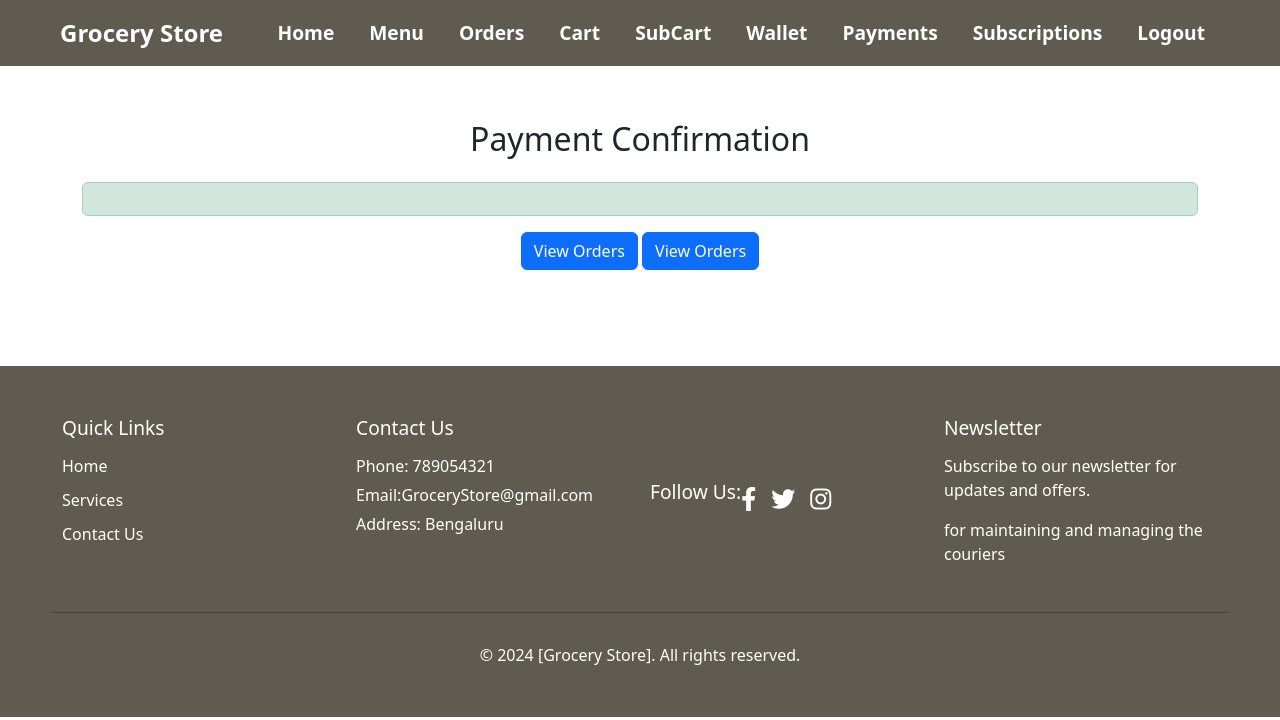
Repository: NagaMounikaY/GroceriesSubscriptionBookingManagement
Page: http://localhost/GroceriesSubBookingSystem/WEB-INF/views/paymentConfirmation.jsp
The author's editor kept a copy of each file at every save. The page is drawn from the files as they stood at one save, then again after the next save.
The browser window is 1280 px wide. The pictures show the whole page.
The page is served by Tomcat 9. Nobody is signed in. Other server files are loaded and not shown. The template is opened directly, without the code that normally fills it, so the values that code supplies are empty.

Above is the page before, as saved 2024-09-15 10:50:04.

### GroceriesSubBookingSystem/src/main/webapp/WEB-INF/views/paymentConfirmation.jsp
<%@ page language="java" contentType="text/html; charset=ISO-8859-1"
    pageEncoding="ISO-8859-1" isELIgnored="false"%>
<!DOCTYPE html>
<html lang="en">
<head>
    <meta charset="UTF-8">
    <meta name="viewport" content="width=device-width, initial-scale=1.0">
    <title>Payment Confirmation</title>
    <link rel="stylesheet" href="https://stackpath.bootstrapcdn.com/bootstrap/4.3.1/css/bootstrap.min.css">
</head>
<body>
  <!-- Header Section -->
    <jsp:include page="/customerHeader.jsp"></jsp:include>
    <br><br><br>
    <div class="container mt-5">
        <h2 class="mb-4 text-center">Payment Confirmation</h2>
        <div class="alert alert-success">
            ${message}
        </div>
        <div class="text-center">
            <a href="${pageContext.request.contextPath}/orders/viewOrders" class="btn btn-primary">View Orders</a>
            <a href="${pageContext.request.contextPath}/subscription/viewsubscriptions" class="btn btn-primary">View Orders</a>
        </div>
    </div>
    <br><br><br><br>
       <!-- Footer Section -->
    <jsp:include page="/footer.jsp"></jsp:include>
</body>
</html>

### GroceriesSubBookingSystem/src/main/webapp/customerHeader.jsp
<%@ page language="java" contentType="text/html; charset=ISO-8859-1"
	pageEncoding="ISO-8859-1" isELIgnored="false"%>
<!DOCTYPE html PUBLIC "-//W3C//DTD HTML 4.01 Transitional//EN" "http://www.w3.org/TR/html4/loose.dtd">
<html>
<head>
<meta http-equiv="Content-Type" content="text/html; charset=ISO-8859-1">
<title>Courier Booking System</title>
<link
	href="https://stackpath.bootstrapcdn.com/bootstrap/5.3.0/css/bootstrap.min.css"
	rel="stylesheet">
<link rel="stylesheet"
	href="https://cdnjs.cloudflare.com/ajax/libs/font-awesome/4.7.0/css/font-awesome.min.css">
<style>
/* Header */
header {
	background: rgba(56, 51, 37, 0.8);
	color: #fff;
	padding: 15px 0;
	position: fixed;
	width: 100%;
	top: 0;
	left: 0;
	z-index: 1000;
}

header .container {
	display: flex;
	justify-content: space-between;
	align-items: center;
	max-width: 1200px;
	margin: 0 auto;
	padding: 0 20px;
}

header .logo {
	font-size: 1.5em; /* Increased size for the logo */
	font-weight: bold;
}

header nav {
	flex-grow: 1;
}

header nav ul {
	list-style: none;
	display: flex;
	justify-content: flex-end;
	margin: 0;
	padding: 0;
}

header nav ul li {
	margin-left: 05px;
}

header nav ul li a {
	color: #fff;
	text-decoration: none;
	padding: 10px 15px; /* Increased padding for better click area */
	font-size: 1.2em; /* Increased font size for navigation links */
	border-radius: 5px;
}

header nav ul li a:hover {
	background: #dd4545;
}
</style>
</head>
<body>
	<!-- Header -->
	<header>
	<div class="container">
		<div class="logo">Grocery Store</div>
		<nav>
		<ul>
			<li><a href="${pageContext.request.contextPath}/home.jsp"><strong>Home</strong></a></li>
			<li><a href="${pageContext.request.contextPath}/groceries/list"><strong>Menu</strong></a></li>
			<li><a
				href="${pageContext.request.contextPath}/orders/viewOrders"><strong>Orders</strong></a></li>
			<li><a href="${pageContext.request.contextPath}/orders/cart"><strong>Cart</strong></a></li>
			<li><a
				href="${pageContext.request.contextPath}/subscription/subcart"><strong>SubCart</strong></a></li>
			<li><a href="${pageContext.request.contextPath}/wallets/wallet"><strong>Wallet</strong></a></li>
			<li><a href="${pageContext.request.contextPath}/payment/history"><strong>Payments</strong></a></li>
			<li><a
				href="${pageContext.request.contextPath}/subscription/subscriptionlist"><strong>Subscriptions</strong></a></li>
			<li><a href="${pageContext.request.contextPath}/home.jsp"><strong>Logout</strong></a></li>
		</ul>
		</nav>
	</div>
	</header>

	<script src="https://code.jquery.com/jquery-3.5.1.slim.min.js"></script>
	<script
		src="https://cdn.jsdelivr.net/npm/@popperjs/core@2.11.6/dist/umd/popper.min.js"></script>
	<script
		src="https://stackpath.bootstrapcdn.com/bootstrap/5.3.0/js/bootstrap.bundle.min.js"></script>
</body>
</html>

### GroceriesSubBookingSystem/src/main/webapp/footer.jsp
<%@ page language="java" contentType="text/html; charset=ISO-8859-1"
	pageEncoding="ISO-8859-1" isELIgnored="false"%>
<!DOCTYPE html>
<html>
<head>
<meta http-equiv="Content-Type" content="text/html; charset=ISO-8859-1">
<title>Insert title here</title>
<link
	href="https://stackpath.bootstrapcdn.com/bootstrap/5.3.0/css/bootstrap.min.css"
	rel="stylesheet">
<link rel="stylesheet"
	href="https://cdnjs.cloudflare.com/ajax/libs/font-awesome/6.0.0-beta3/css/all.min.css">
<style>
/* Features Section */
.features {
	padding: 60px 20px;
	background: #f9f9f9;
}

.features h2 {
	text-align: center;
	margin-bottom: 40px;
}

.feature-cards {
	display: flex;
	justify-content: space-around;
	flex-wrap: wrap;
}

.feature-card {
	background: #fff;
	border-radius: 8px;
	box-shadow: 0 4px 8px rgba(0, 0, 0, 0.1);
	padding: 20px;
	width: 22%;
	text-align: center;
	margin-bottom: 20px;
}

.feature-card img {
	max-width: 50px;
	margin-bottom: 10px;
}

.feature-card h3 {
	margin: 10px 0;
	font-size: 1.2em;
}

.feature-card p {
	color: #666;
}

/* Footer */
footer {
	background: rgba(56, 51, 37, 0.8);
	color: #fff;
	padding: 40px 20px;
}

footer .container {
	max-width: 1200px;
	margin: 0 auto;
}

.footer-top {
	display: flex;
	justify-content: space-between;
	flex-wrap: wrap;
	margin-bottom: 20px;
}

.footer-top div {
	flex: 1;
	margin: 10px;
}

.footer-top h3 {
	margin-bottom: 15px;
	font-size: 1.2em;
}

.footer-top ul {
	list-style: none;
	padding: 0;
}

.footer-top ul li {
	margin-bottom: 10px;
}

.footer-top ul li a {
	color: #fff;
	text-decoration: none;
}

.footer-top ul li a:hover {
	text-decoration: underline;
}

.footer-contact p, .footer-social a {
	margin: 5px 0;
}

.footer-social {
	display: flex;
	align-items: center;
}

.footer-social a {
	color: #fff;
	text-decoration: none;
	margin-right: 15px;
	font-size: 1.5em;
}

.footer-social a:hover {
	text-decoration: underline;
}

.footer-newsletter form {
	display: flex;
	justify-content: center;
	margin-top: 10px;
}

.footer-newsletter input {
	padding: 10px;
	border-radius: 5px;
	border: none;
	width: 250px;
	margin-right: 10px;
}

.footer-newsletter button {
	padding: 10px 20px;
	border-radius: 5px;
	border: none;
	background: #007BFF;
	color: #fff;
	font-weight: bold;
	cursor: pointer;
}

.footer-bottom {
	text-align: center;
	padding-top: 20px;
	border-top: 1px solid #444;
}

.footer-bottom p {
	margin: 10px 0;
}
</style>
</head>
<body>
	<!-- Footer -->
	<footer>
		<div class="container">
			<div class="footer-top">
				<div class="footer-links">
					<h3>Quick Links</h3>
					<ul>
						<li><a href="${pageContext.request.contextPath}/home.jsp">Home</a></li>
						<li><a href="${pageContext.request.contextPath}/services.jsp">Services</a></li>
						<li><a href="${pageContext.request.contextPath}/contact.jsp">Contact
								Us</a></li>
					</ul>
				</div>
				<div class="footer-contact">
					<h3>Contact Us</h3>
					<p>Phone: 789054321</p>
					<p>Email:GroceryStore@gmail.com</p>
					<p>Address: Bengaluru</p>
				</div>
				<div class="footer-social">
					<h3>Follow Us:</h3>
					<br> <br> <a href="" class="fab fa-facebook-f"></a> <a
						href="#" class="fab fa-twitter"></a> <a href="#"
						class="fab fa-instagram"></a>
				</div>
				<div class="footer-newsletter">
					<h3>Newsletter</h3>
					<p>Subscribe to our newsletter for updates and offers.</p>
					<p>for maintaining and managing the couriers</p>
				</div>
			</div>
			<div class="footer-bottom">
				<p>&copy; 2024 [Grocery Store]. All rights reserved.</p>
			</div>
		</div>
	</footer>
	<!-- Footer -->
</body>
</html>

After the next save:
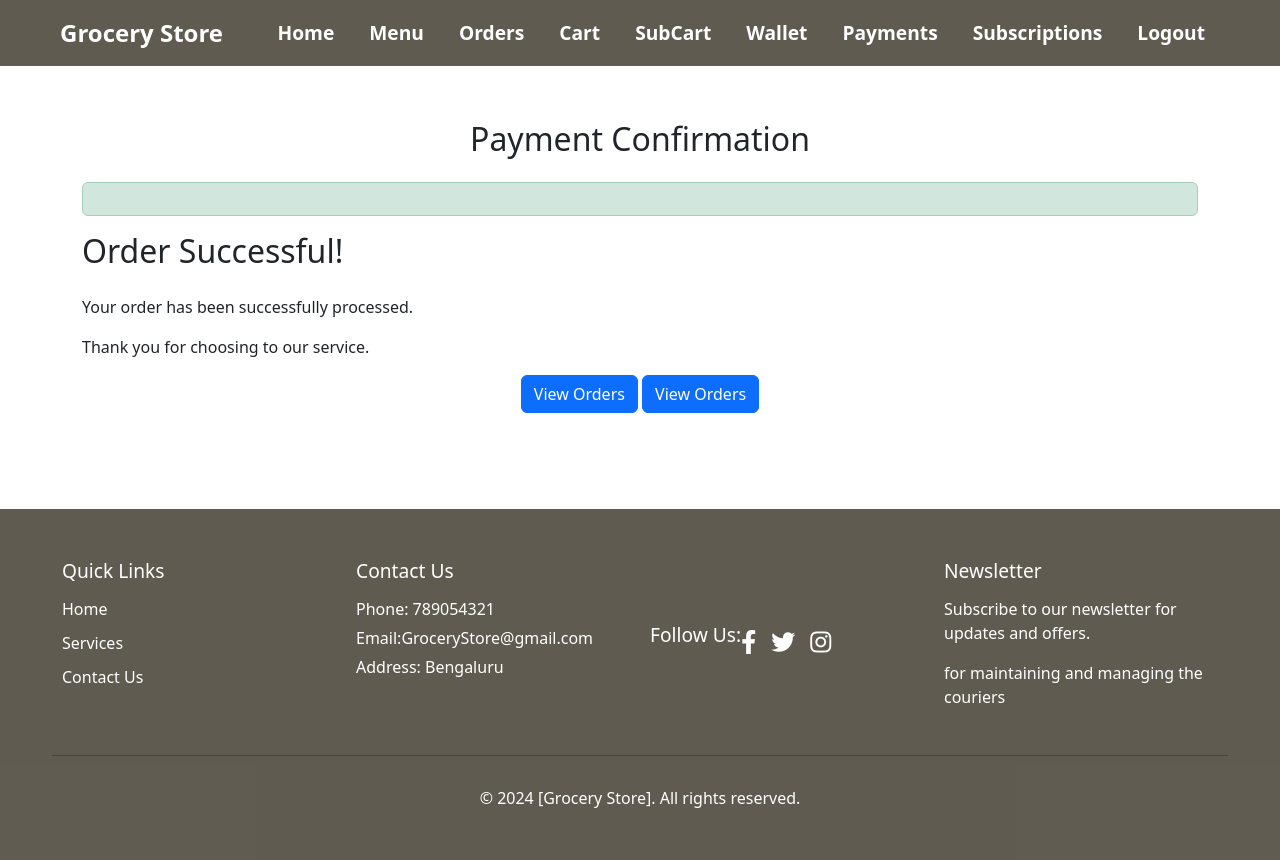
Saved 21 min 55 s later.
--- a/GroceriesSubBookingSystem/src/main/webapp/WEB-INF/views/paymentConfirmation.jsp
+++ b/GroceriesSubBookingSystem/src/main/webapp/WEB-INF/views/paymentConfirmation.jsp
@@ -17,6 +17,9 @@
         <div class="alert alert-success">
             ${message}
         </div>
+        <h2 class="mb-4">Order Successful!</h2>
+        <p>Your order has been successfully processed.</p>
+        <p>Thank you for choosing to our service.</p>
         <div class="text-center">
             <a href="${pageContext.request.contextPath}/orders/viewOrders" class="btn btn-primary">View Orders</a>
             <a href="${pageContext.request.contextPath}/subscription/viewsubscriptions" class="btn btn-primary">View Orders</a>
